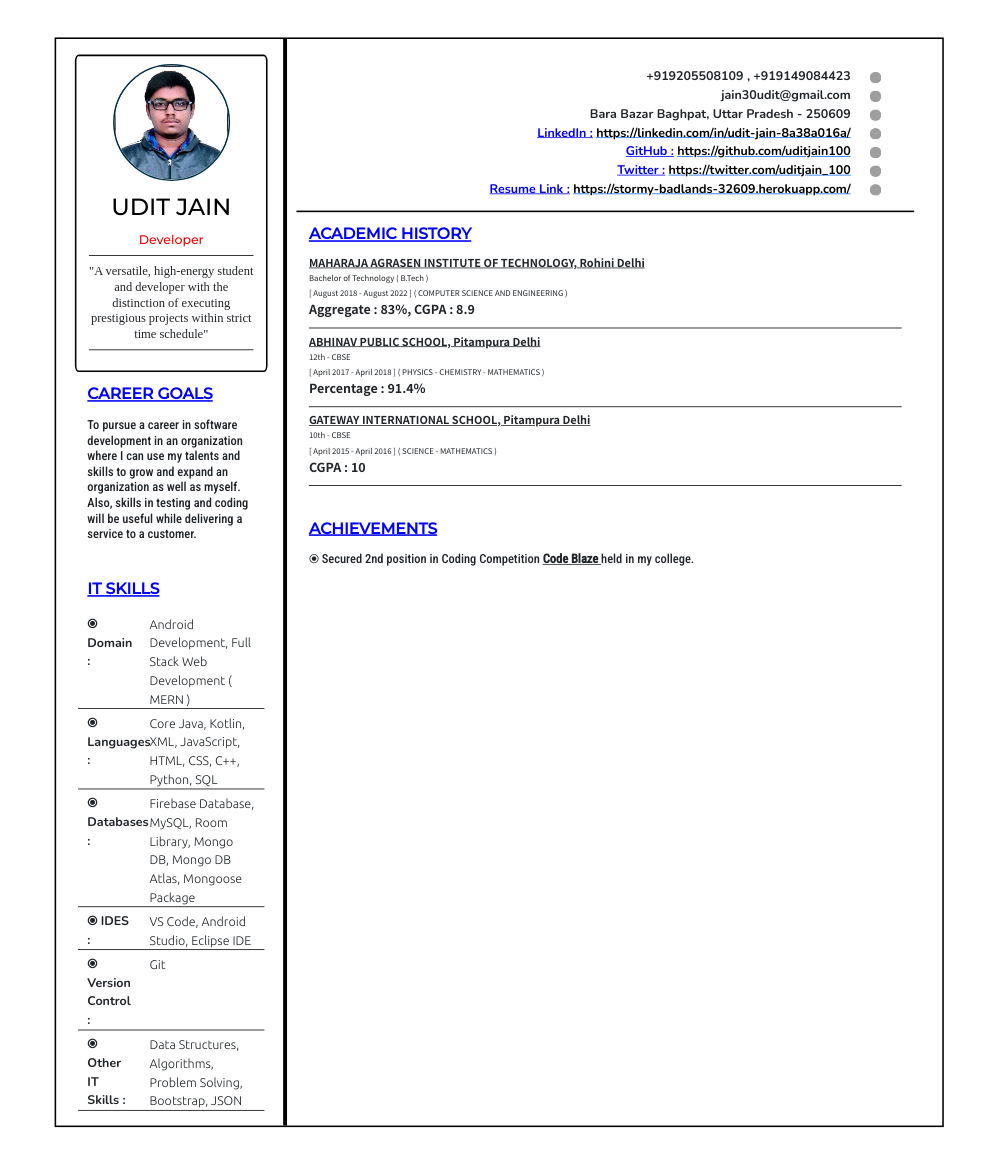
Repository: uditjain100/Resume
Page: app.html
These files come from the project's save history. The page is drawn as it stood at one moment and after the next save; the edit follows.
The browser window is 1280 px wide. The pictures show the whole page, at 78% of full size.
Pictures or frames that could not be fetched are drawn as grey boxes. Some web fonts or font styles are not loaded; a fallback is used.

Above is the page before, as saved 2021-05-27 17:54:52.

After the next save:
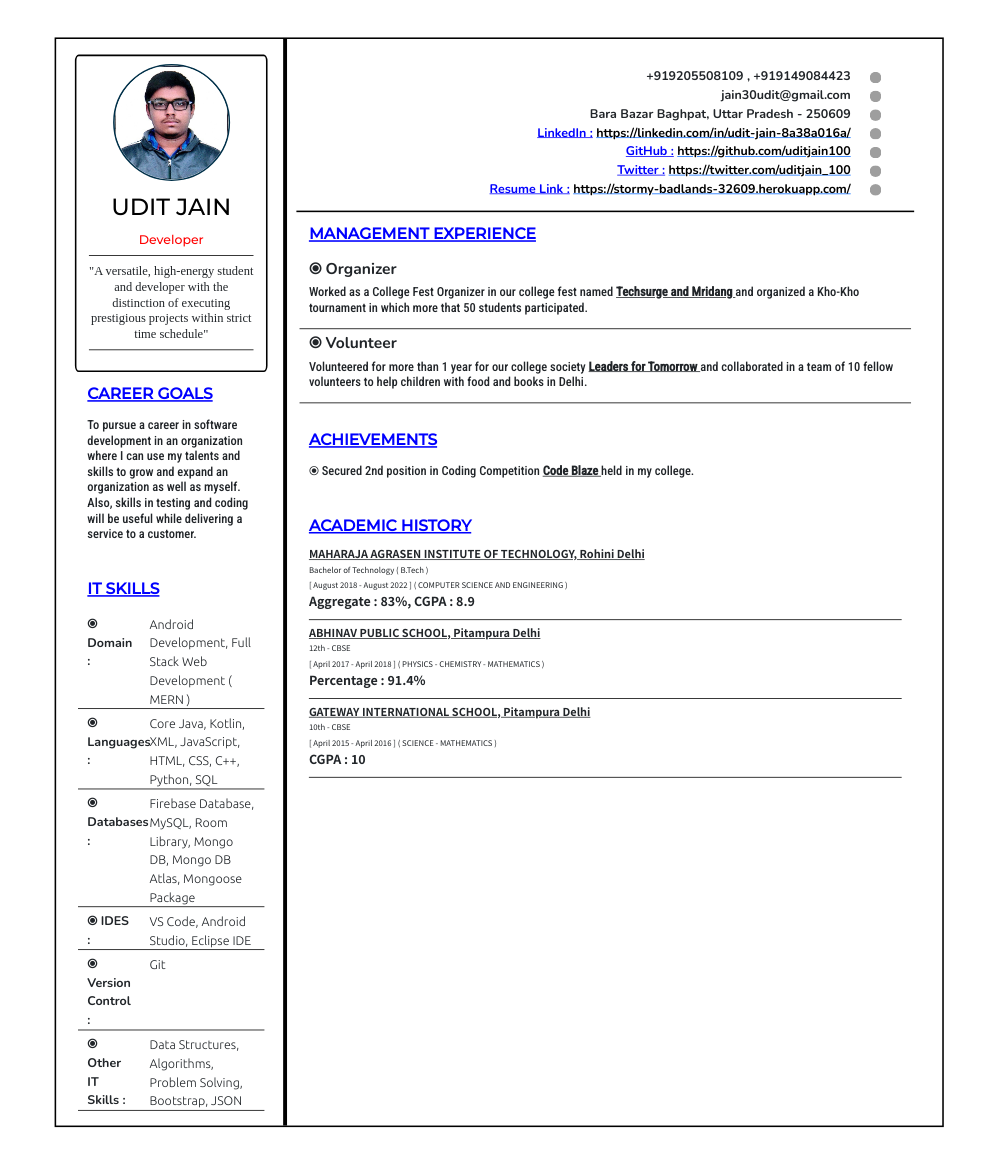
Saved 7 min 17 s later.
--- a/app.html
+++ b/app.html
@@ -240,41 +240,34 @@
 					</ul>
 				</article>
 
-				<article class="card-body" id="educationbox" style="border: none">
-					<h3 class="card-title">ACADEMIC HISTORY</h3>
-					<ul class="list-group">
-						<li id="educationitem">
-							<h6 id="institutename">
-								MAHARAJA AGRASEN INSTITUTE OF TECHNOLOGY, Rohini Delhi
-							</h6>
-							<h6 id="stream">Bachelor of Technology ( B.Tech )</h6>
-							<h6 id="subjects">
-								[ August 2018 - August 2022 ] ( COMPUTER SCIENCE AND ENGINEERING
-								)
-							</h6>
-							<h6 id="marks">Aggregate : 83%, CGPA : 8.9</h6>
-						</li>
-						<li id="educationitem">
-							<h6 id="institutename">ABHINAV PUBLIC SCHOOL, Pitampura Delhi</h6>
-							<h6 id="stream">12th - CBSE</h6>
-							<h6 id="subjects">
-								[ April 2017 - April 2018 ] ( PHYSICS - CHEMISTRY - MATHEMATICS
-								)
-							</h6>
-							<h6 id="marks">Percentage : 91.4%</h6>
-						</li>
-						<li id="educationitem">
-							<h6 id="institutename">
-								GATEWAY INTERNATIONAL SCHOOL, Pitampura Delhi
-							</h6>
-							<h6 id="stream">10th - CBSE</h6>
-							<h6 id="subjects">
-								[ April 2015 - April 2016 ] ( SCIENCE - MATHEMATICS )
-							</h6>
-							<h6 id="marks">CGPA : 10</h6>
-						</li>
-					</ul>
-				</article>
+				<div id="managementskillsbox" style="border: none">
+					<div class="card-body">
+						<h3 class="card-title">MANAGEMENT EXPERIENCE</h3>
+						<ul class="list-group">
+							<li id="managementskillsitem" class="row">
+								<h5 id="que" class="display-10">⦿ Organizer</h5>
+								<p>
+									Worked as a College Fest Organizer in our college fest named
+									<span style="font-weight: 700; text-decoration: underline"
+										>Techsurge and Mridang
+									</span>
+									and organized a Kho-Kho tournament in which more that 50
+									students participated.
+								</p>
+							</li>
+							<li id="managementskillsitem" class="row">
+								<h5 id="que" class="display-10">⦿ Volunteer</h5>
+								<p>
+									Volunteered for more than 1 year for our college society
+									<span style="font-weight: 700; text-decoration: underline"
+										>Leaders for Tomorrow </span
+									>and collaborated in a team of 10 fellow volunteers to help
+									children with food and books in Delhi.
+								</p>
+							</li>
+						</ul>
+					</div>
+				</div>
 
 				<article class="card-body" id="achievementsbox" style="border: none">
 					<h3 class="card-title">ACHIEVEMENTS</h3>
@@ -290,6 +283,42 @@
 						</li>
 					</ul>
 				</article>
+
+				<article class="card-body" id="educationbox" style="border: none">
+					<h3 class="card-title">ACADEMIC HISTORY</h3>
+					<ul class="list-group">
+						<li id="educationitem">
+							<h6 id="institutename">
+								MAHARAJA AGRASEN INSTITUTE OF TECHNOLOGY, Rohini Delhi
+							</h6>
+							<h6 id="stream">Bachelor of Technology ( B.Tech )</h6>
+							<h6 id="subjects">
+								[ August 2018 - August 2022 ] ( COMPUTER SCIENCE AND ENGINEERING
+								)
+							</h6>
+							<h6 id="marks">Aggregate : 83%, CGPA : 8.9</h6>
+						</li>
+						<li id="educationitem">
+							<h6 id="institutename">ABHINAV PUBLIC SCHOOL, Pitampura Delhi</h6>
+							<h6 id="stream">12th - CBSE</h6>
+							<h6 id="subjects">
+								[ April 2017 - April 2018 ] ( PHYSICS - CHEMISTRY - MATHEMATICS
+								)
+							</h6>
+							<h6 id="marks">Percentage : 91.4%</h6>
+						</li>
+						<li id="educationitem">
+							<h6 id="institutename">
+								GATEWAY INTERNATIONAL SCHOOL, Pitampura Delhi
+							</h6>
+							<h6 id="stream">10th - CBSE</h6>
+							<h6 id="subjects">
+								[ April 2015 - April 2016 ] ( SCIENCE - MATHEMATICS )
+							</h6>
+							<h6 id="marks">CGPA : 10</h6>
+						</li>
+					</ul>
+				</article>
 			</section>
 		</main>
 	</body>
